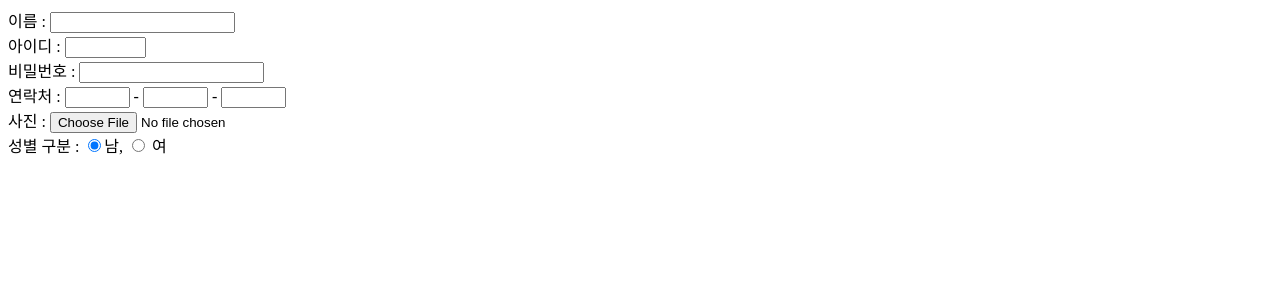
Repository: bjKim2/JSP
Page: HTML/src/main/webapp/Lec06.html
The author's editor kept a copy of each file at every save. The page is drawn from the files as they stood at one save, then again after the next save.
The browser window is 1280 px wide. The pictures show the whole page.

Above is the page before, as saved 2022-03-15 05:08:39.

After the next save:
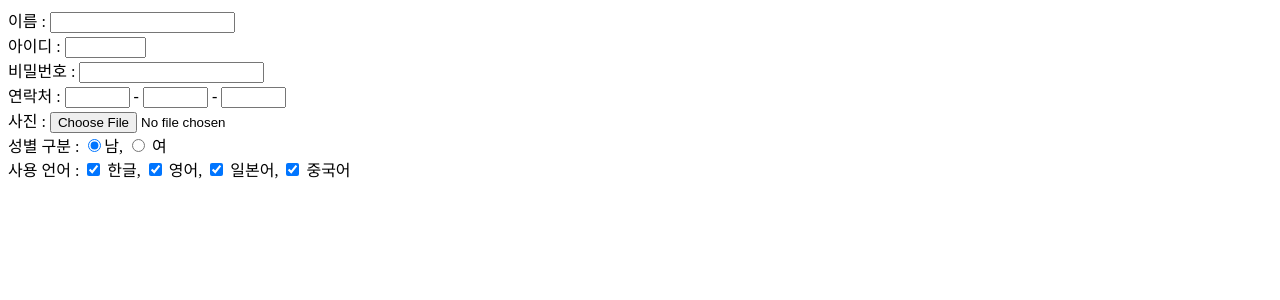
Saved 6 min 21 s later.
--- a/HTML/src/main/webapp/Lec06.html
+++ b/HTML/src/main/webapp/Lec06.html
@@ -6,7 +6,7 @@
 	</head>
 	<body>
 		<from action = '#' method='get'>
-			이름 : <input type="text" name = "userName" ><br>
+			이름 : <input type="text" name = "userName"  ><br>
 			아이디 : <input type="text" name = "userId"  size = '7'><br>
 			비밀번호 : <input type="password" name="userPassword"><br>
 			연락처 : <input type="text" name = "phone1_1"  size = "5"> -
@@ -15,6 +15,12 @@
 			사진 : <input type="file" name = "picture"> <br>
 			성별 구분 : <input type="radio" name = "gender" value = "man" checked = "checked">남,
 					<input type="radio" name="gender" value="woman"> 여 <br>
+			사용 언어 :
+					<input type="checkbox" name="lang" value="kor" checked="checked"> 한글,
+					<input type="checkbox" name="lang" value="eng" checked="checked"> 영어,
+					<input type="checkbox" name="lang" value="jpn" checked="checked"> 일본어,
+					<input type="checkbox" name="lang" value="chn" checked="checked"> 중국어 <br>
+
 
 
 		</from>
